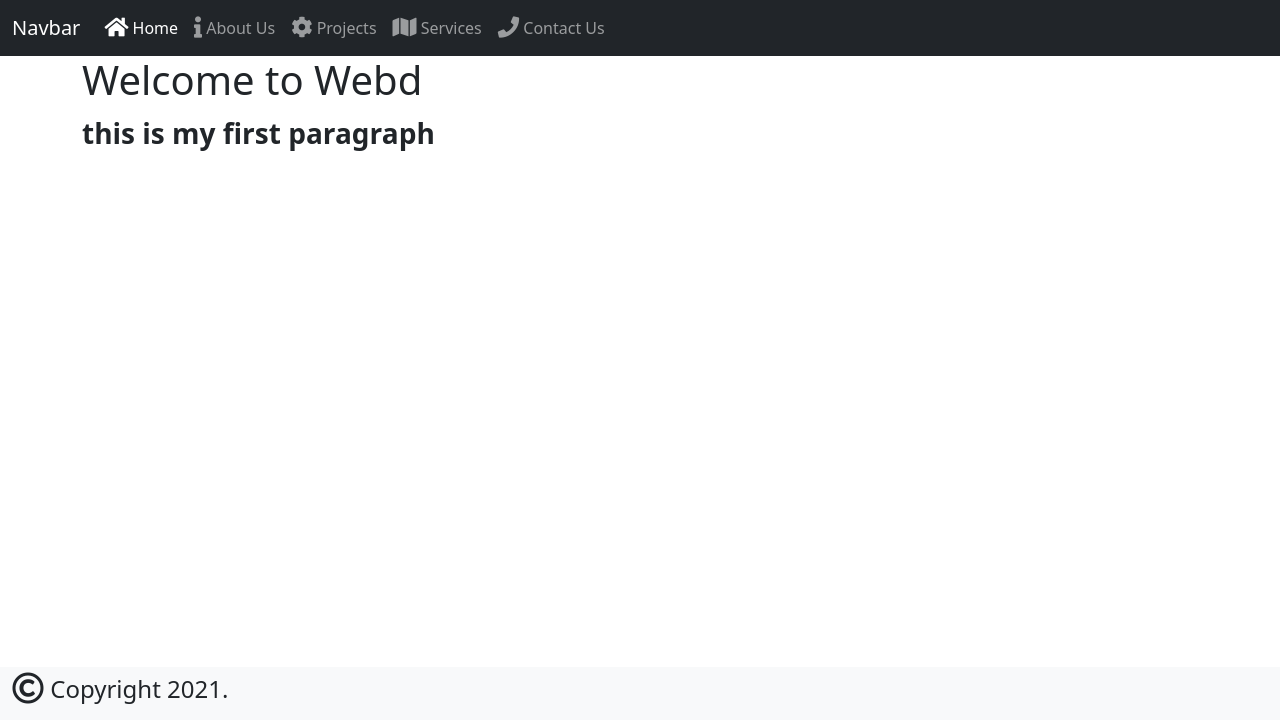
Repository: MuzhdaEhsan/WEBD6201-W2021-ICE1
Page: WEBD6201-W2021-ICE1/index.html
These files come from the project's save history. The page is drawn as it stood at one moment and after the next save; the edit follows.
The browser window is 1280 px wide. The pictures show the whole page.

Above is the page before, as saved 2021-01-21 08:40:23.

### WEBD6201-W2021-ICE1/index.html
<!DOCTYPE html>
<html lang="en">
<head>
    <meta charset="UTF-8">
    <meta name="viewport" content="width=device-width, initial-scale=1.0">
    <title>WEBD6201 - W2021 - ICE 1</title>
    <!-- CSS Section -->
    <link rel="stylesheet" href="./node_modules/bootstrap/dist/css/bootstrap.min.css">
    <link rel="stylesheet" href="./node_modules/@fortawesome/fontawesome-free/css/all.min.css">
    <link rel="stylesheet" href="./Content/app.css">
</head>
<body>
    <header>
        <nav class="navbar navbar-expand-lg navbar-dark bg-dark">
            <div class="container-fluid">
              <a class="navbar-brand" href="#">Navbar</a>
              <button class="navbar-toggler" type="button" data-bs-toggle="collapse" data-bs-target="#navbarSupportedContent" aria-controls="navbarSupportedContent" aria-expanded="false" aria-label="Toggle navigation">
                <span class="navbar-toggler-icon"></span>
              </button>
              <div class="collapse navbar-collapse" id="navbarSupportedContent">
                <ul class="navbar-nav me-auto mb-2 mb-lg-0">
                  <li class="nav-item">
                    <a class="nav-link active" aria-current="page" href="#"><i class="fas fa-home fa-lg"></i> Home</a>
                  </li>

                  <li class="nav-item">
                    <a class="nav-link" aria-current="page" href="#"><i class="fas fa-info fa-lg"></i> About Us</a>
                  </li>

                  <li class="nav-item">
                    <a class="nav-link" aria-current="page" href="#"><i class="fas fa-cog fa-lg"></i> Projects</a>
                  </li>

                  <li class="nav-item">
                    <a class="nav-link" aria-current="page" href="#"><i class="fas fa-map fa-lg"></i> Services</a>
                  </li>

                  <li class="nav-item">
                    <a class="nav-link" aria-current="page" href="#"><i class="fas fa-phone fa-lg"></i> Contact Us</a>
                  </li>
                </ul>
              </div>
            </div>
          </nav>
    </header>

    <main class="container">
        <h1>Welcome to WEBD 6201</h1>
        <p id="paragraphOne"></p>
    </main>

    <footer>
        <nav class="navbar fixed-bottom navbar-light bg-light">
            <div class="container-fluid">
              <h4><i class="far fa-copyright fa-lg"></i> Copyright 2021.</h4>
            </div>
          </nav>
    </footer>

    <!-- Script Section-->
    <script src="./node_modules/jquery/dist/jquery.min.js"></script>
    <script src="./node_modules/bootstrap/dist/js/bootstrap.bundle.min.js"></script>
    <script src="./Scripts/app.js"></script>
</body>
</html>

### WEBD6201-W2021-ICE1/Scripts/app.js
/* custom JavaScript goes here */

//IIFE - Immediately Invoked Function Expression
//AKA - Anonymous Self-Executing Function
//Closure - limits scope leak

"use strict";

(function()
{

    function Start()
    {
        console.log("App Started...");

        let paragraphOneText = "This is a simple site to demonstrate DOM Manipulation for ICE 1";

        let paragraphOneElement = document.getElementById("paragraphOne");

        paragraphOneElement.textContent = paragraphOneText;
        paragraphOneElement.className = "fs-5";

        // Step 1. document.createElement
        let newParagraph = document.createElement("p");
        // Step 2. configure the element
        newParagraph.setAttribute("id","paragraphTwo");
        newParagraph.textContent = "...And this is paragraph two";
        // Step 3. select the parent element
        let mainContent = document.getElementsByTagName("main")[0];
        // Step 4. Add / Insert the element
        mainContent.appendChild(newParagraph);

        newParagraph.className = "fs-6";

        // another way of injecting content
        //let paragraphThree =`<p class="fs-7 fw-bold">And this is the Third Paragraph</p>`
        //mainContent.innerHTML = paragraphThree;


        /*let paragraph = document.createElement('div');
        let paragraphThree = '<p id="paragraphThree" class="fs-7 fw-" ';
        let paragraphDiv.innerHTML = paragraphThree;

        newParagraph.before(paragraphDiv)

        //paragraphOneElement.remove();

        mainContent.removeChild(paragraphOneElement);*/


        //update
        mainContent.firstElementChild.textContent = "Welcome Home";

        mainContent.innerHTML =
        `<h1 id="firstHeading">Welcome to Webd</h1>
        <p id = "paragraphOne" class="fs-3 fw-bold">this is my first paragraph</p>
        `;
    }

    window.addEventListener("load", Start);

})();

Loaded but not shown: WEBD6201-W2021-ICE1/node_modules/bootstrap/dist/css/bootstrap.min.css (library); WEBD6201-W2021-ICE1/node_modules/@fortawesome/fontawesome-free/css/all.min.css (library); WEBD6201-W2021-ICE1/Content/app.css (common file); WEBD6201-W2021-ICE1/node_modules/jquery/dist/jquery.min.js (library); WEBD6201-W2021-ICE1/node_modules/bootstrap/dist/js/bootstrap.bundle.min.js (library)

After the next save:
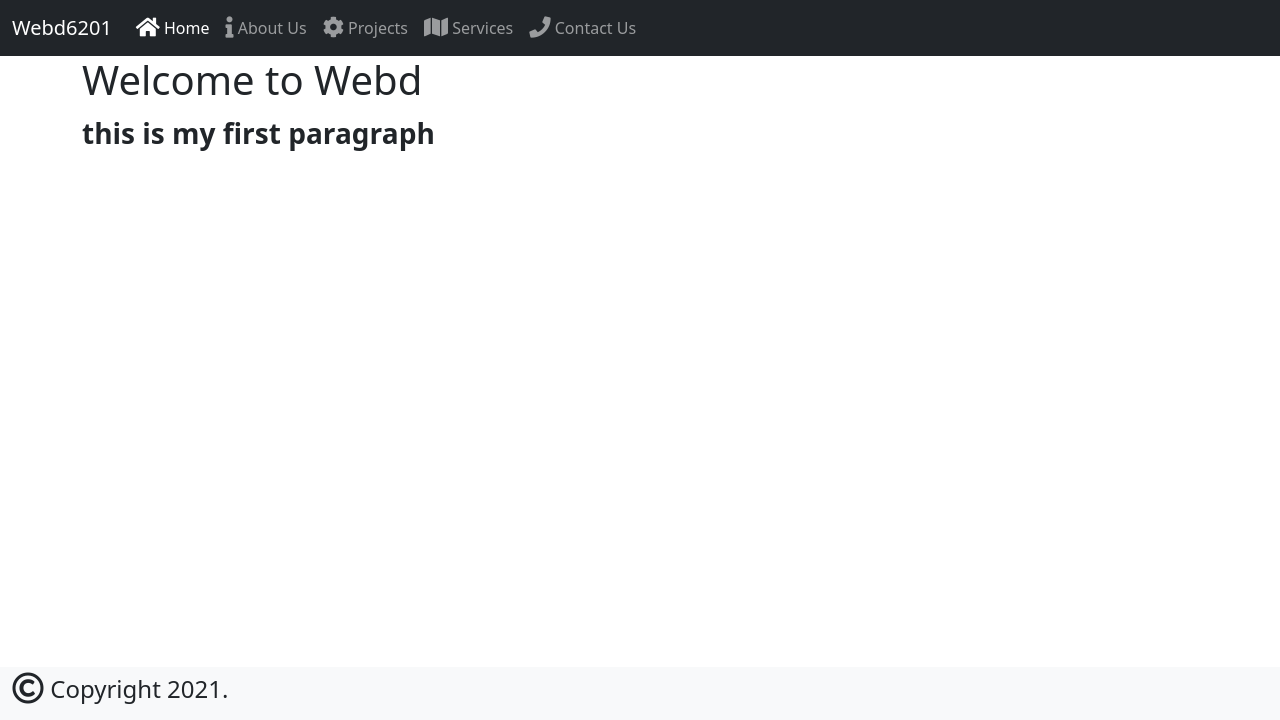
Saved 4 min 14 s later.
--- a/WEBD6201-W2021-ICE1/index.html
+++ b/WEBD6201-W2021-ICE1/index.html
@@ -13,7 +13,7 @@
     <header>
         <nav class="navbar navbar-expand-lg navbar-dark bg-dark">
             <div class="container-fluid">
-              <a class="navbar-brand" href="#">Navbar</a>
+              <a class="navbar-brand" href="#">Webd6201</a>
               <button class="navbar-toggler" type="button" data-bs-toggle="collapse" data-bs-target="#navbarSupportedContent" aria-controls="navbarSupportedContent" aria-expanded="false" aria-label="Toggle navigation">
                 <span class="navbar-toggler-icon"></span>
               </button>
